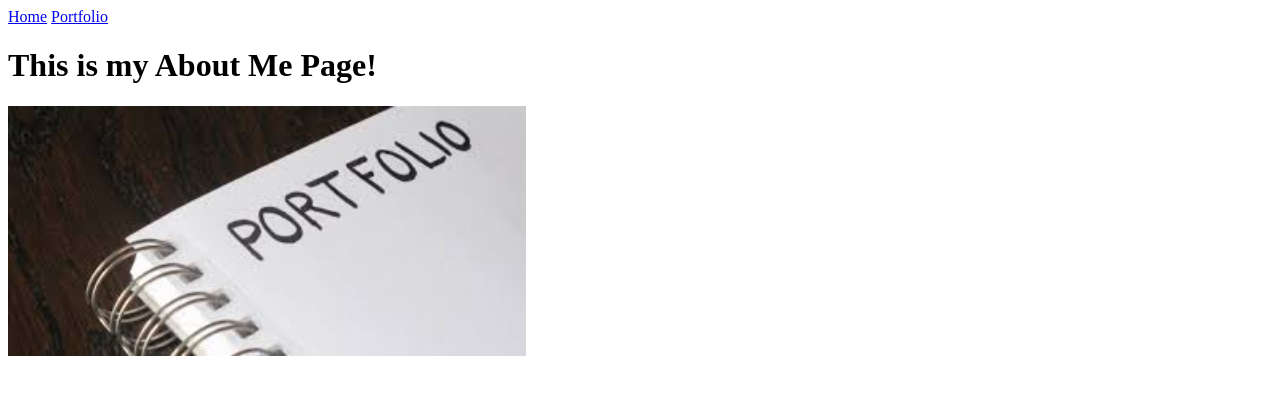
Repository: aoliveros3706/aoliveros3706.github.io
Page: my_website/aboutme.html
The author's editor kept a record of every edit. The page is drawn from the files as they stood at one moment, then again after the next edit.
The browser window is 1280 px wide. The pictures show the whole page.

Above is the page before.

### my_website/aboutme.html
<!doctype html>
	<html lang="en">
	  <head>
	    <meta charset="utf-8">
	    <title>Portfolio</title>
	  </head>
	  <body>
    <a href="index.html">Home</a>
    <a href="portfolio.html">Portfolio</a>
    <h1>This is my About Me Page!</h1>
    <img src="images/portfolio.jpg" height="250">
    <br>
    </a>
	  </body>
	</html>

After the next edit:
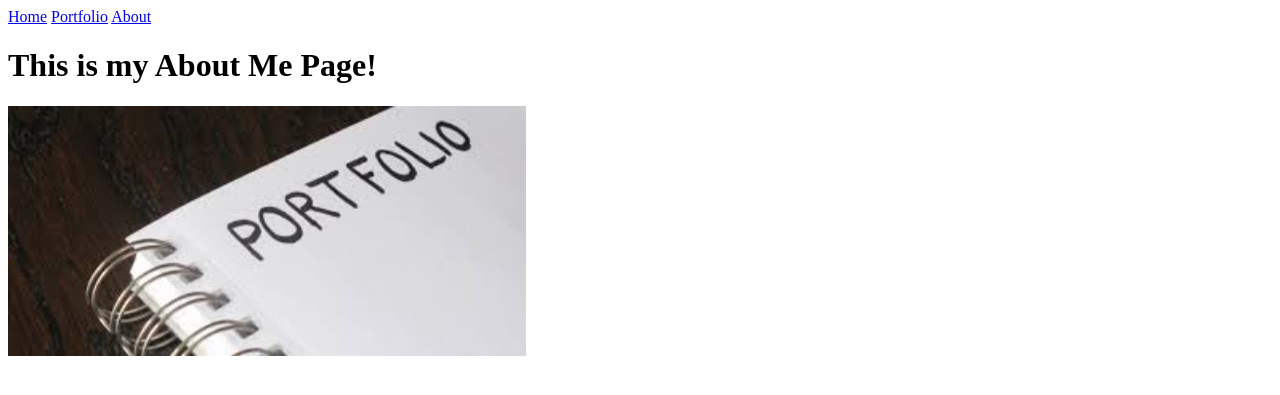
The edit:
--- a/my_website/aboutme.html
+++ b/my_website/aboutme.html
@@ -7,6 +7,7 @@
 	  <body>
     <a href="index.html">Home</a>
     <a href="portfolio.html">Portfolio</a>
+    <a href="aboutme.html">About</a>
     <h1>This is my About Me Page!</h1>
     <img src="images/portfolio.jpg" height="250">
     <br>
